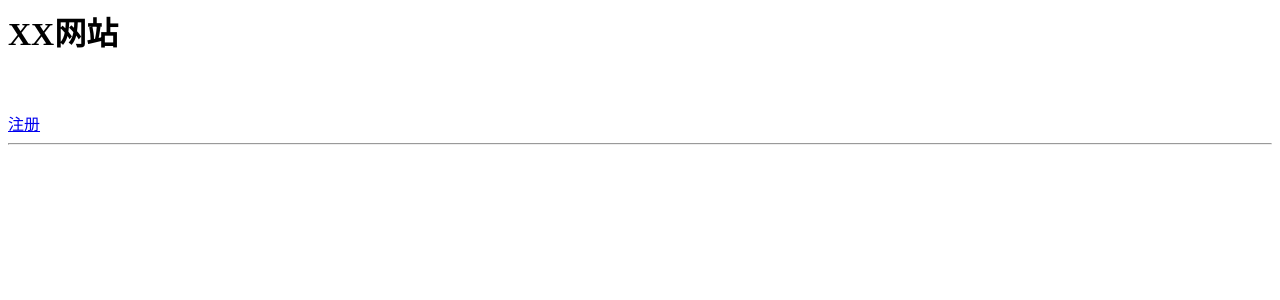
Repository: wsws1996/myproject
Page: http://localhost/day09_user/
The author's editor kept a copy of each file at every save. The page is drawn from the files as they stood at one save, then again after the next save.
The browser window is 1280 px wide. The pictures show the whole page.
The page is served by Tomcat 9. Other server files are loaded and not shown.

Above is the page before, as saved 2015-11-21 12:05:15.

### java/workspace/day09_user/WebRoot/index.jsp
<%@ page language="java" import="java.util.*" pageEncoding="UTF-8"%>

<!DOCTYPE HTML PUBLIC "-//W3C//DTD HTML 4.01 Transitional//EN">
<html>
<head>
<title>首页</title>
<!--
	<link rel="stylesheet" type="text/css" href="styles.css">
	-->
</head>

<body>
	<h1>XX网站</h1>
	<br>
	<br>
	<a href="${pageContext.request.contextPath }/servlet/RegisterUIServlet">注册</a>
	<hr>
</body>
</html>

After the next save:
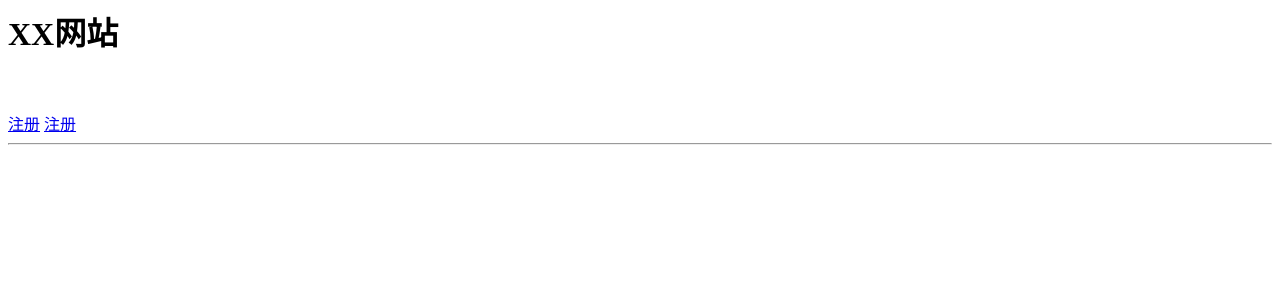
Saved 57 s later.
--- a/java/workspace/day09_user/WebRoot/index.jsp
+++ b/java/workspace/day09_user/WebRoot/index.jsp
@@ -14,6 +14,7 @@
 	<br>
 	<br>
 	<a href="${pageContext.request.contextPath }/servlet/RegisterUIServlet">注册</a>
+	<a href="${pageContext.request.contextPath }/servlet/RegisterUIServlet">注册</a>
 	<hr>
 </body>
 </html>
